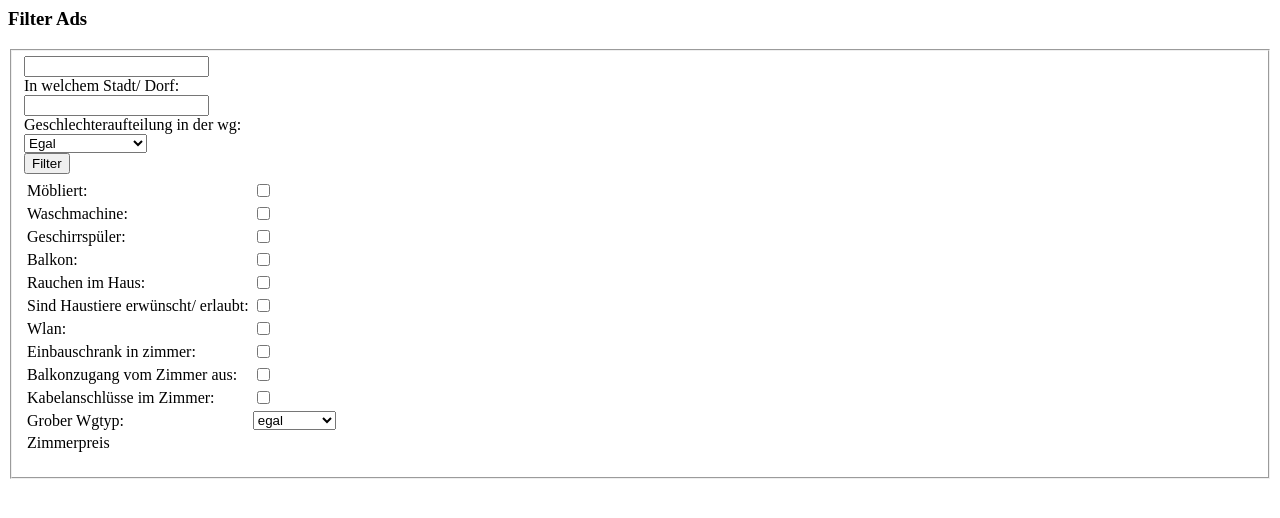
Repository: ese-unibe-ch/ese2014-team2
Page: http://localhost/Skeleton/pages/template/filter.jsp
An editor plug-in stored every save of this project. The page is shown before and after the next save, followed by the edit.
The browser window is 1280 px wide. The pictures show the whole page.
The page is served by Tomcat 9. Nobody is signed in. The application's start-up code is not run. Other server files are loaded and not shown. The template is opened directly, without the code that normally fills it, so the values that code supplies are empty.

Above is the page before, as saved 2014-10-30 16:41:42.

### Skeleton/src/main/webapp/pages/template/filter.jsp
<%@ page language="java" pageEncoding="UTF-8" contentType="text/html;charset=utf-8" %>
<%@ taglib prefix="c" uri="http://java.sun.com/jsp/jstl/core" %>
<%@ taglib prefix="form" uri="http://www.springframework.org/tags/form" %>
<%@ taglib prefix="spring" uri="http://www.springframework.org/tags" %>

<div class="main">
	<div class="col-sm-12">
    	<div class="panel panel-default">
        	<div class="panel-heading">
            	<h3 class="panel-title">Filter Ads</h3>
            </div>
            <div class="panel-body">
              <form:form method="post" modelAttribute="filterForm" action="filterAds" id="filterForm" cssClass="form-horizontal" autocomplete="off" enctype="multipart/form-data">
		<fieldset>
			<table>
				<tr>
					<td></td>
					<td></td>
				</tr>

				<tr>
					<td>
						<label class="control-label" for="field-furnished">Möbliert:</label>
					</td>
					<td><div class="controls">
							<form:checkbox	path="furnished" id="field-furnished" tabindex="1" />
						</div>
					</td>
				</tr>

				<tr>
					<td>
						<label class="control-label" for="field-Laundry">Waschmachine:</label>
					</td>
					<td>
						<div class="controls">
							<form:checkbox	path="hasLaundry" id="field-Laundry" tabindex="2" />
						</div>
					</td>
				</tr>

				<tr>
					<td>
						<label class="control-label" for="field-Dishwasher">Geschirrspüler:</label>
					</td>
					<td>
						<div class="controls">
							<form:checkbox	path="hasDishwasher" id="field-Dishwasher" tabindex="3" />
						</div>
					</td>
				</tr>

				<tr>
					<td>
						<label class="control-label" for="field-Balcony">Balkon:</label>
					</td>
					<td>
						<div class="controls">
							<form:checkbox	path="hasBalcony" id="field-Balcony" tabindex="4" />
						</div>
					</td>
				</tr>

				<tr>
					<td>
						<label class="control-label" for="field-smokingInside">Rauchen im Haus:</label>
					</td>
					<td>
						<div class="controls">
							<form:checkbox	path="smokingInside" id="field-smokingInside" tabindex="5" />
						</div>
					</td>
				</tr>

				<tr>
					<td>
						<label class="control-label" for="field-pets">Sind Haustiere erwünscht/ erlaubt:</label>
					</td>
					<td>
						<div class="controls">
							<form:checkbox	path="hasPets" id="field-pets" tabindex="6" />
						</div>
					</td>
				</tr>

				<tr>
					<td>
						<label class="control-label" for="field-wlan">Wlan:</label>
					</td>
					<td>
						<div class="controls">
							<form:checkbox	path="wlan" id="field-wlan" tabindex="7" />
						</div>
					</td>
				</tr>

				<tr>
					<td>
						<label class="control-label" for="field-closet">Einbauschrank in zimmer:</label>
					</td>
					<td>
						<div class="controls">
							<form:checkbox	path="hasBuiltInCloset" id="field-closet" tabindex="8" />
						</div>
					</td>
				</tr>

				<tr>
					<td>
						<label class="control-label" for="field-isToBalcony">Balkonzugang vom Zimmer aus:</label>
					</td>
					<td>
						<div class="controls">
							<form:checkbox	path="toBalcony" id="field-isToBalcony" tabindex="9" />
						</div>
					</td>
				</tr>

				<tr>
					<td>
						<label class="control-label" for="field-Cables">Kabelanschlüsse im Zimmer:</label>
					</td>
					<td>
						<div class="controls">
							<form:checkbox	path="hasCables" id="field-Cables" tabindex="10" />
						</div>
					</td>
				</tr>

				<tr>
					<td>
						<label class="control-label" for="field-wgType">Grober Wgtyp:</label>
					</td>
					<td>
						<div class="controls">
							<form:select path="wgType" id="field-wgType"
								tabindex="7">
								<option value="undef">egal</option>
								<option value="wild">eher wild</option>
								<option value="calm">eher ruhig</option>
							</form:select>
						</div>
					</td>
				</tr>

				<tr>
					<td>
						<label class="control-label" for="field-roomPrice">Zimmerpreis</label>
					</td>
					<td></td>
				</tr>

				<tr>
					<td></td>
					<td></td>
				</tr>

				<tr>
					<td></td>
					<td></td>
				</tr>

				<tr>
					<td></td>
					<td></td>
				</tr>














						<div class="controls">
						<form:input path="roomPrice" id="field-roomPrice" tabindex="11"
					maxlength="10" />
					 	</div>



						<label class="control-label" for="field-city">In welchem Stadt/ Dorf:</label>
						<div class="controls">
						<form:input path="city" id="field-city" tabindex="12"
					maxlength="10" />
						</div>

						<label class="control-label" for="field-wgGender">Geschlechteraufteilung in der wg: </label>

						<div class="controls">
							<form:select path="wgGender" id="field-wgGender"
								tabindex="13">
								<option value="dontcare"> Egal</option>
								<option value="female">Reine Frauenwg</option>
								<option value="male">Reine Männerwg</option>


							</form:select>
						</div>
					 		<button type="submit" class="btnpink">Filter</button>
						</div>
			</table>
		</fieldset>
		</form:form>
            </div>
          </div>





</div>

After the next save:
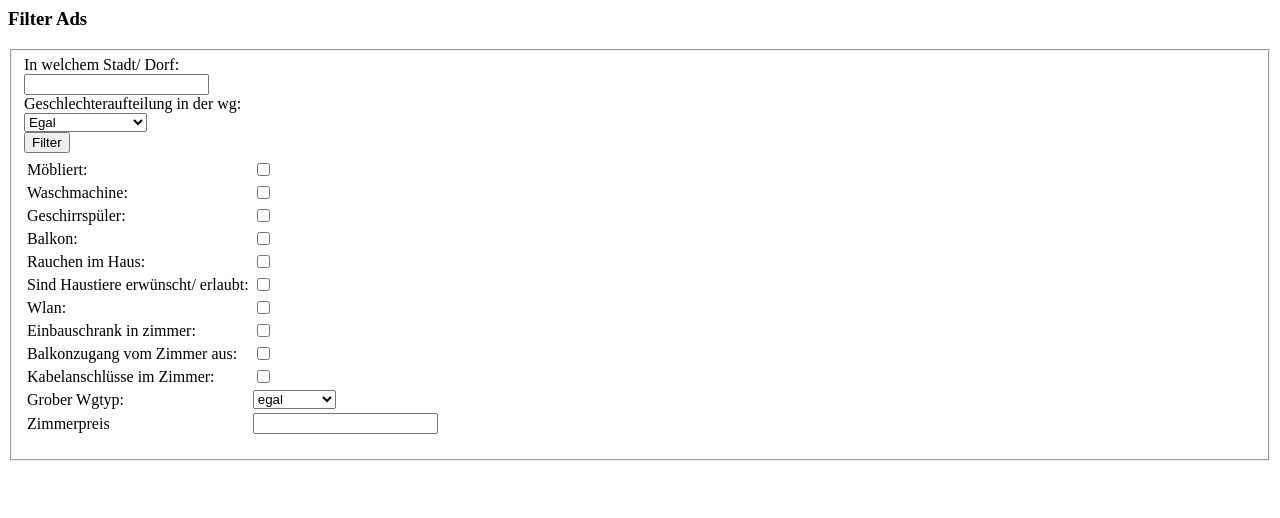
Saved 16 min 9 s later.
--- a/Skeleton/src/main/webapp/pages/template/filter.jsp
+++ b/Skeleton/src/main/webapp/pages/template/filter.jsp
@@ -147,41 +147,42 @@
 					<td>
 						<label class="control-label" for="field-roomPrice">Zimmerpreis</label>
 					</td>
-					<td></td>
-				</tr>
-
-				<tr>
-					<td></td>
-					<td></td>
-				</tr>
-
-				<tr>
-					<td></td>
-					<td></td>
-				</tr>
-
-				<tr>
-					<td></td>
-					<td></td>
-				</tr>
-
-
-
-
-
-
-
-
-
-
-
-
-
-
-						<div class="controls">
-						<form:input path="roomPrice" id="field-roomPrice" tabindex="11"
-					maxlength="10" />
+					<td>
+						<div class="controls">
+							<form:input path="roomPrice" id="field-roomPrice" tabindex="11"	maxlength="10" />
 					 	</div>
+					 </td>
+				</tr>
+
+				<tr>
+					<td></td>
+					<td></td>
+				</tr>
+
+				<tr>
+					<td></td>
+					<td></td>
+				</tr>
+
+				<tr>
+					<td></td>
+					<td></td>
+				</tr>
+
+
+
+
+
+
+
+
+
+
+
+
+
+
+
 
 
 
